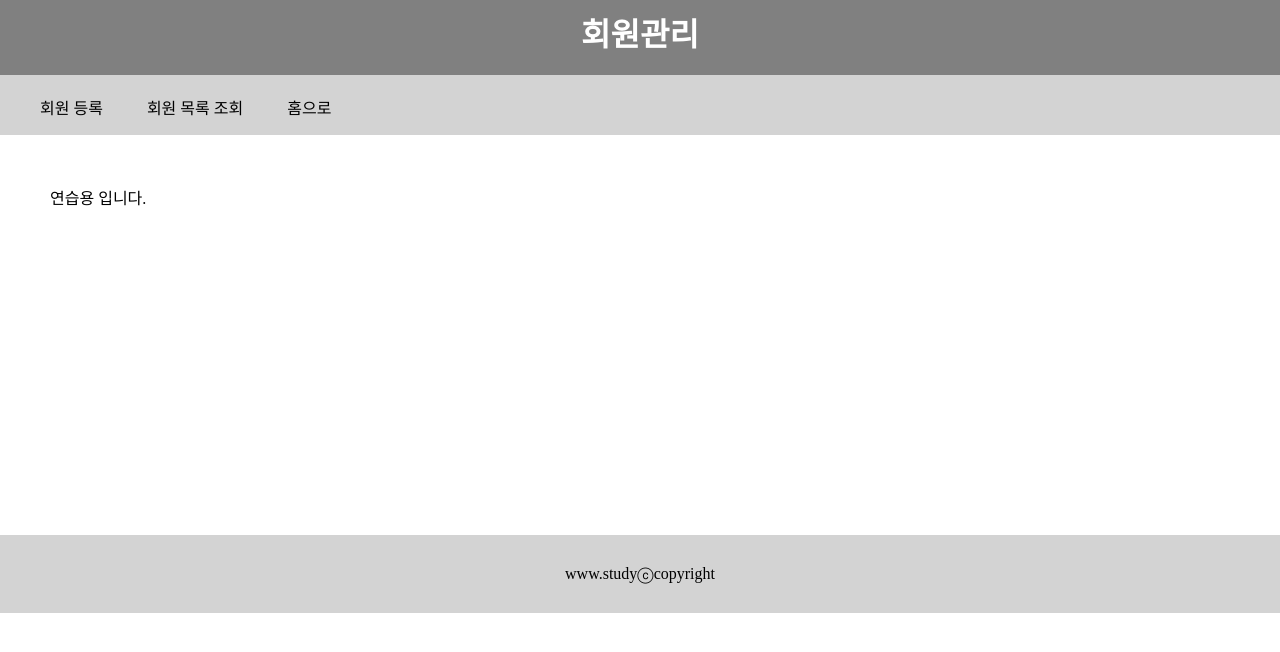
Repository: jieun000/Craftsman_Information_Processing
Page: http://localhost/00_study/
These files come from the project's save history. The page is drawn as it stood at one moment and after the next save; the edit follows.
The browser window is 1280 px wide. The pictures show the whole page.
The page is served by Tomcat 9.

Above is the page before, as saved 2023-07-02 13:36:16.

After the next save:
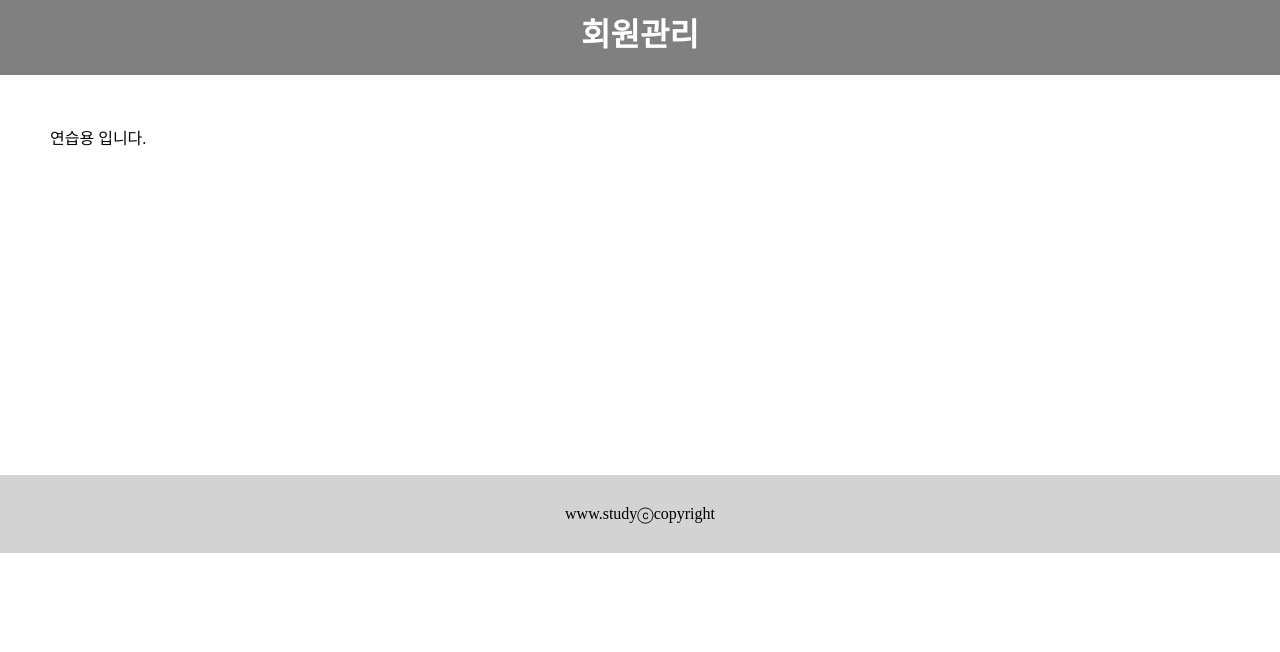
Saved 19 s later.
--- a/00_study/WebContent/index.jsp
+++ b/00_study/WebContent/index.jsp
@@ -11,11 +11,6 @@
 </head>
 <body>
 
-	<nav>
-		<a href="">회원 등록</a>
-		<a href="">회원 목록 조회</a>
-		<a href="">홈으로</a>
-	</nav>
 	<p style="height: 300px; padding: 50px;">연습용 입니다.</p>
 
 <%@ include file="footer.jsp" %>
